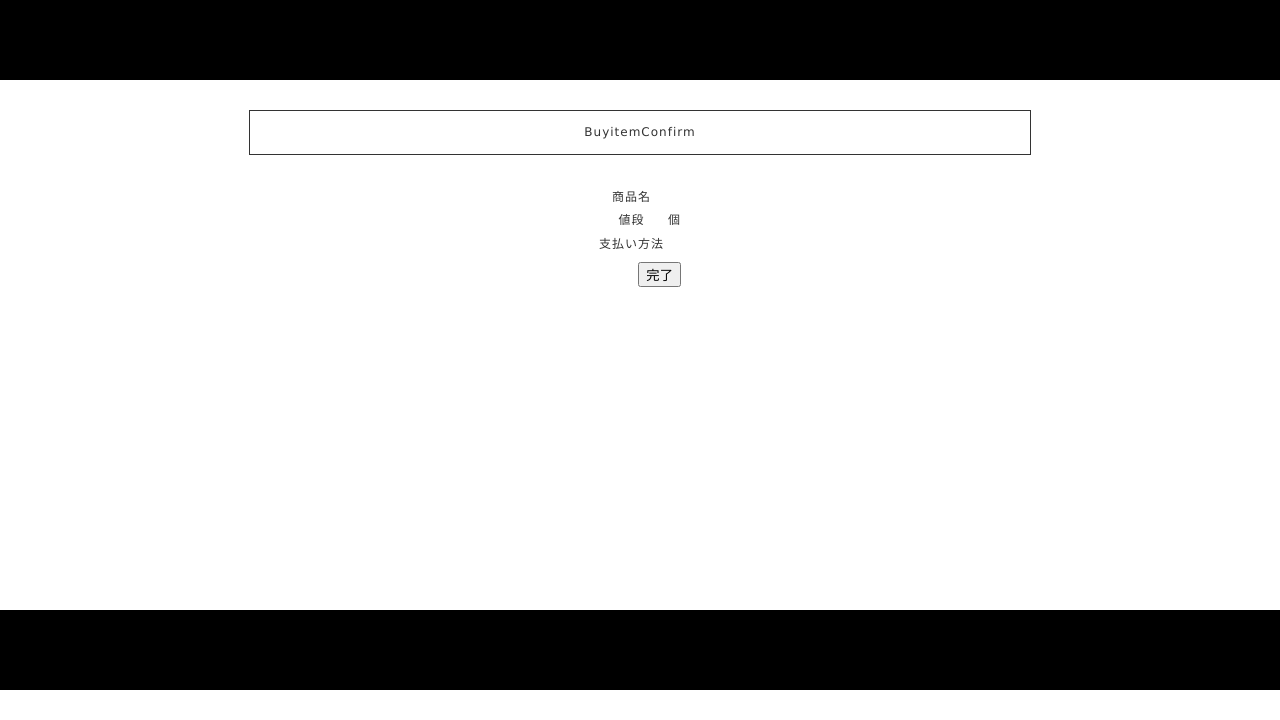
Repository: 0606kuramotomiho/test
Page: http://localhost/template/buyItemConfirm.jsp
An editor plug-in stored every save of this project. The page is shown before and after the next save, followed by the edit.
The browser window is 1280 px wide. The pictures show the whole page.
The page is served by Tomcat 9. Other server files are loaded and not shown.

Above is the page before, as saved 2018-07-20 05:08:18.

### template/WebContent/buyItemConfirm.jsp
<%@ page language="java" contentType="text/html; charset=UTF-8"
    pageEncoding="UTF-8"%>
    <%@ taglib prefix="s" uri="/struts-tags" %>
<!DOCTYPE html>
<html>
<head>
<meta http-equiv="Content-Type" content="text/html; charset=UTF-8" />
<meta http-equiv="Content-Style-Type" content="text/css" />
<meta http-equiv="Content-Script-Type" content="text/javascript" />
<meta http-equiv="imagetoolbar" content="no" />
<meta name="description" content=""/>
<meta name="keywords" content="" />
<title>buyItemConfirm画面</title>

<style type="text/css">

body{
margin: 0;
padding: 0;
line-height:1.6;
letter-spacing: 1px;
font-family:Verdana,Helvetica,sans-serif;
font-size: 12px;
color: #333;
backgroung:#fff;
}

table{
text-align: center;
margin: 0 auto;
}

#top{
width: 780px;
margin: 30px auto;
border:1px solid #333;
}

#header{
width: 100%;
height: 80px;
background-color:black;
}

#main {
width: 100%;
height: 500px;
text-align: center;
}

#footer{
width: 100%;
height: 80px;
background-color: black;
clear: both;
}

</style>

</head>
<body>
	<div id="header">
		<div id="pr">
		</div>
	</div>
	<div id="main">
		<div id="top">
			<p>BuyitemConfirm</p>
		</div>
		<div>
			<s:form action="BuyitemConfirmAction">
			<table>
				<tr>
					<td>商品名</td>
					<td><s:property value="session.buyitem_name"/></td>
				</tr>
				<tr>
					<td>値段</td>
					<td>
						<s:property value="session.buyitem_price"/>
							<span>個</span>
					</td>
				</tr>
				<tr>
					<td>支払い方法</td>
					<td><s:property value="session.pay" /></td>
				</tr>
				<tr>
					<td><s:submit value="完了"/></td>
				</tr>
			</table>
			</s:form>
		</div>
	</div>
	<div id="footer">
		<div id="pr">
		</div>
	</div>
</body>
</html>

After the next save:
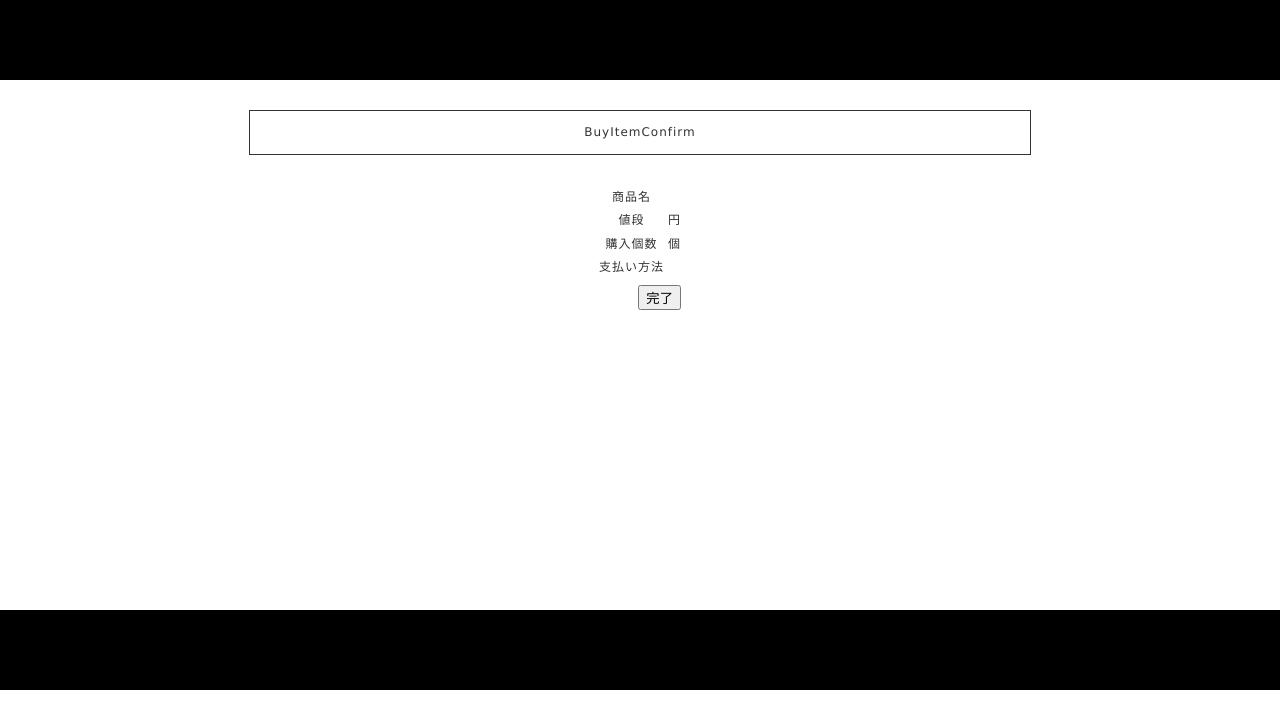
Saved 26 min 55 s later.
--- a/template/WebContent/buyItemConfirm.jsp
+++ b/template/WebContent/buyItemConfirm.jsp
@@ -22,7 +22,7 @@
 font-family:Verdana,Helvetica,sans-serif;
 font-size: 12px;
 color: #333;
-backgroung:#fff;
+background:#fff;
 }
 
 table{
@@ -65,19 +65,26 @@
 	</div>
 	<div id="main">
 		<div id="top">
-			<p>BuyitemConfirm</p>
+			<p>BuyItemConfirm</p>
 		</div>
 		<div>
-			<s:form action="BuyitemConfirmAction">
+			<s:form action="BuyItemConfirmAction">
 			<table>
 				<tr>
 					<td>商品名</td>
-					<td><s:property value="session.buyitem_name"/></td>
+					<td><s:property value="session.buyItem_name"/></td>
 				</tr>
 				<tr>
 					<td>値段</td>
 					<td>
-						<s:property value="session.buyitem_price"/>
+						<s:property value="session.buyItem_price"/>
+							<span>円</span>
+					</td>
+				</tr>
+				<tr>
+					<td>購入個数</td>
+					<td>
+						<s:property value="session.stock" />
 							<span>個</span>
 					</td>
 				</tr>
